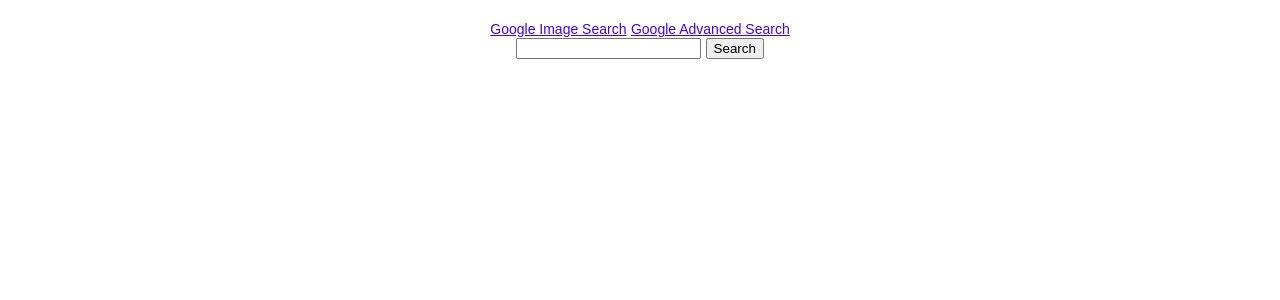
Repository: lyutok/cs50-search-project
Page: google.html
An editor plug-in stored every save of this project. The page is shown before and after the next save, followed by the edit.
The browser window is 1280 px wide. The pictures show the whole page.
The style sheet was rebuilt from its Sass, Less or Tailwind sources for each picture, by a compiler version that may differ from the author's.

Above is the page before, as saved 2025-07-05 18:22:52.

### google.html
<!DOCTYPE html>
<html lang="en">
<head>
    <meta name="viewport" content="width=device-width, initial-scale=1.0" charset="UTF-8">
    <title>Google Search</title>
    <link rel="stylesheet" href="styles.css">
    </head>
<body>
    <div>
        <a href="image.html">Google Image Search</a>
        <a href="advanced.html">Google Advanced Search</a>
    </div>
    <form action="https://www.google.com/search">
        <input type="text" name="q">
        <button type="submit">Search</button>
    </form>
</body>
</html>

### styles.scss
$color: rgb(60, 0, 255);

a {
    font-size: 14px;
    color: $color;
}

body {
    font-family: Arial, sans-serif;
    margin: 0;
    padding: 20px;
    text-align: center;
}

After the next save:
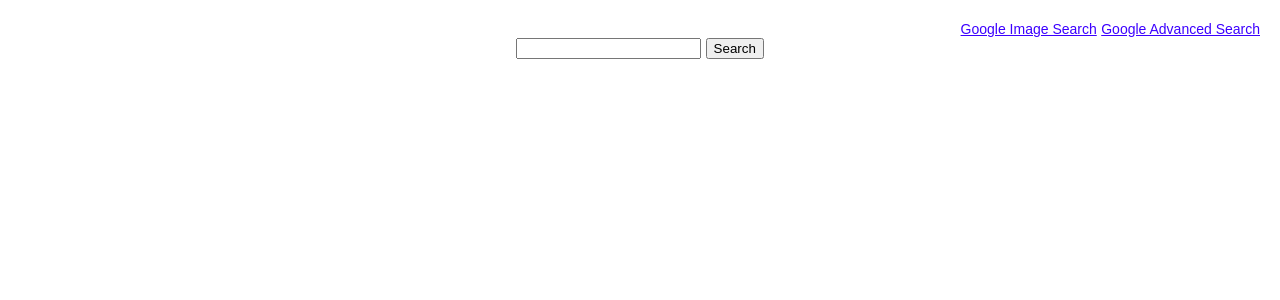
Saved 101 s later.
--- a/styles.scss
+++ b/styles.scss
@@ -10,4 +10,8 @@
     margin: 0;
     padding: 20px;
     text-align: center;
+
+    div {
+        text-align: right;
+    }
 }

After the save that followed:
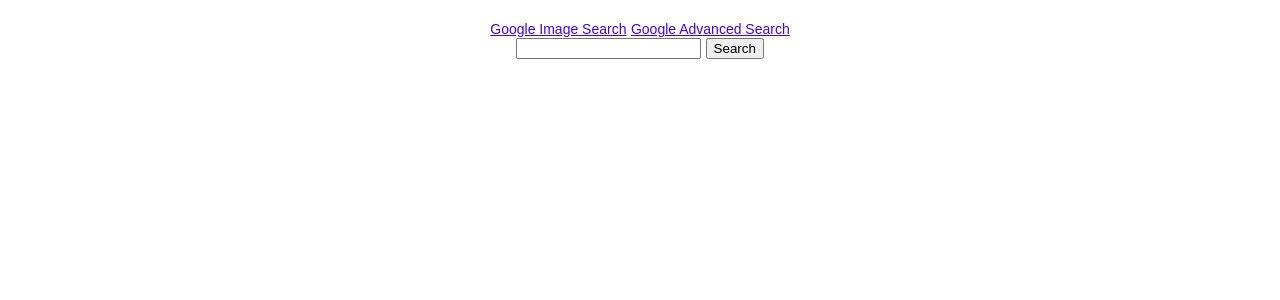
Saved 68 s later.
--- a/styles.scss
+++ b/styles.scss
@@ -12,6 +12,6 @@
     text-align: center;
 
     div {
-        text-align: right;
+        content: right;
     }
 }
